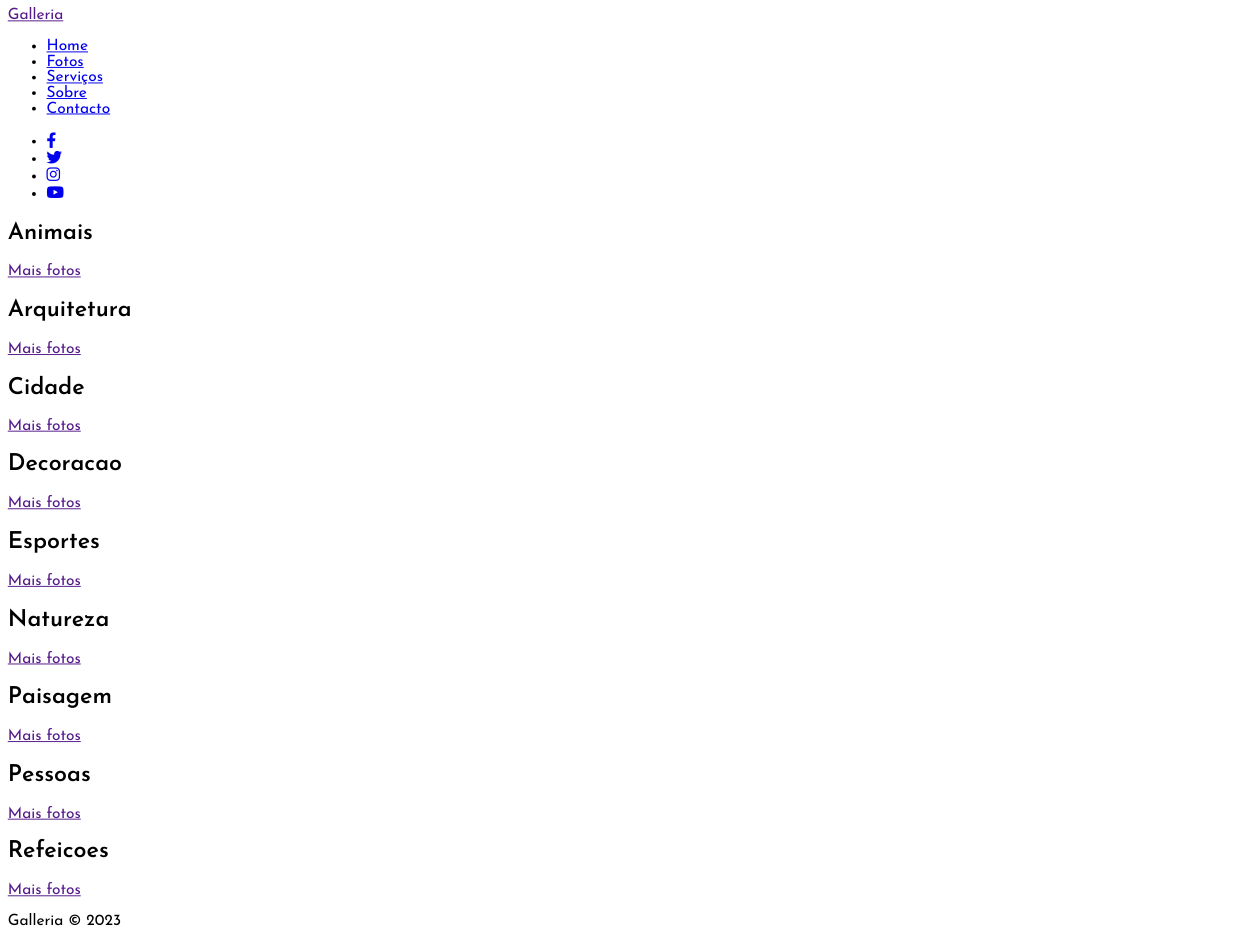
Repository: AghastyGD/gallery-sass
Page: index.html
An editor plug-in stored every save of this project. The page is shown before and after the next save, followed by the edit.
The browser window is 1280 px wide. The pictures show the whole page, at 97% of full size.
The style sheet was rebuilt from its Sass, Less or Tailwind sources for each picture, by a compiler version that may differ from the author's.

Above is the page before, as saved 2023-10-13 18:00:03.

After the next save:
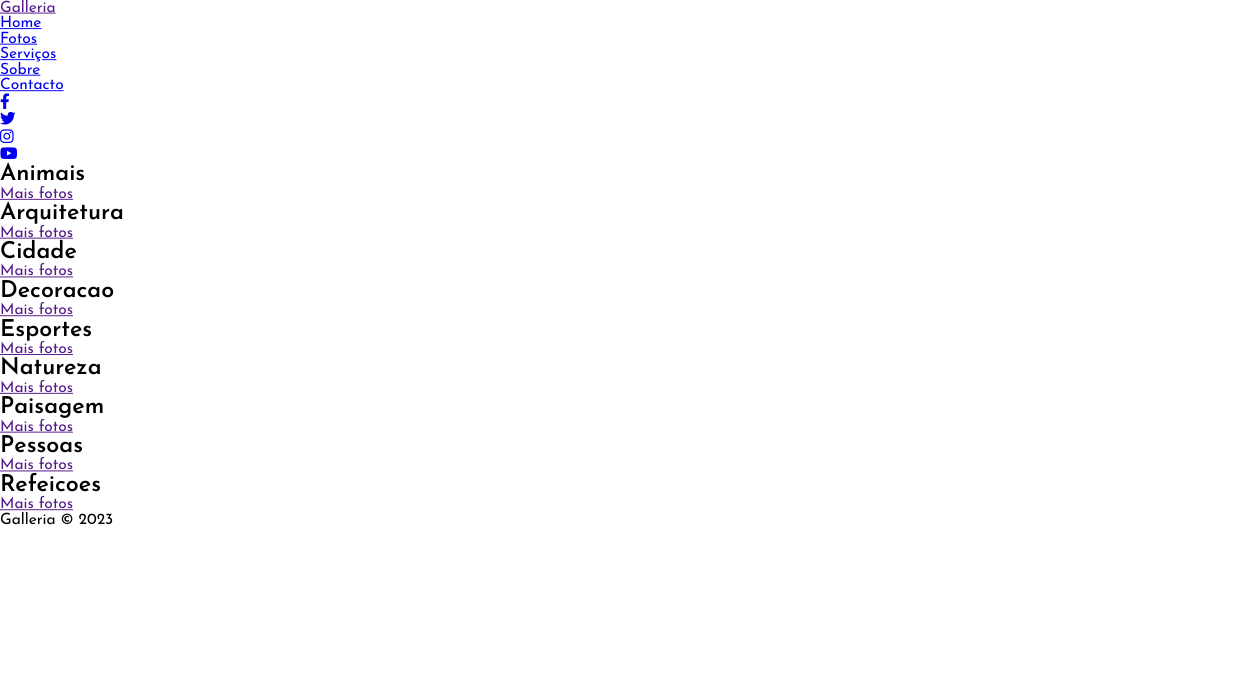
Saved 26 s later.
--- a/sass/styles.sass
+++ b/sass/styles.sass
@@ -2,3 +2,6 @@
 
 *
   font-family: 'Josefin Sans'
+  padding: 0
+  margin: 0
+  box-sizing: border-box
